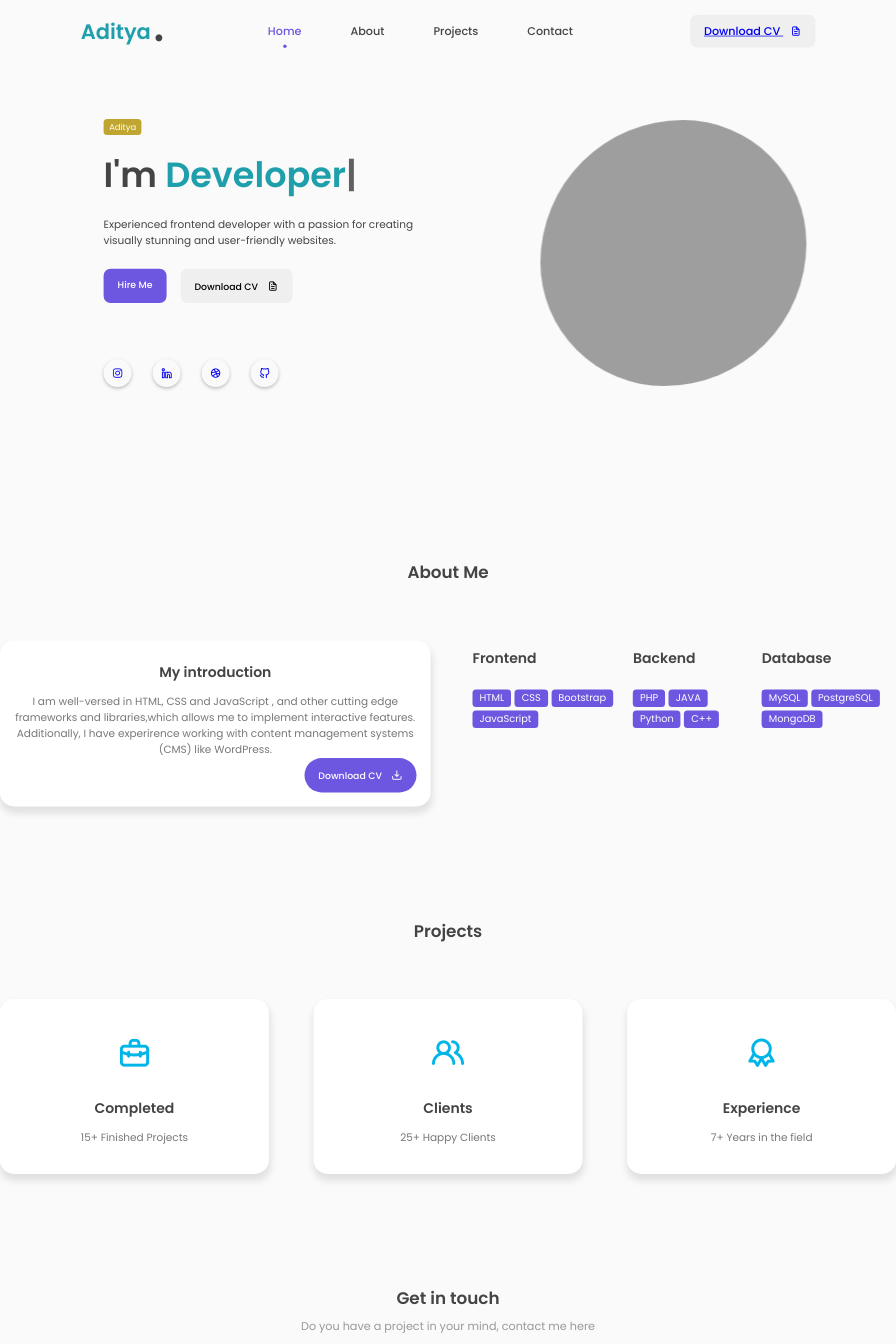
Repository: 4Kbrain/Portofolio
Page: index.html
These files come from the project's save history. The page is drawn as it stood at one moment and after the next save; the edit follows.
The browser window is 1280 px wide. The pictures show the part of the page from y = 0 to 1920 px (the page is 2774 px tall), at 70% of full size.
Pictures or frames that could not be fetched are drawn as grey boxes.

Above is the page before, as saved 2024-05-15 09:03:39.

After the next save:
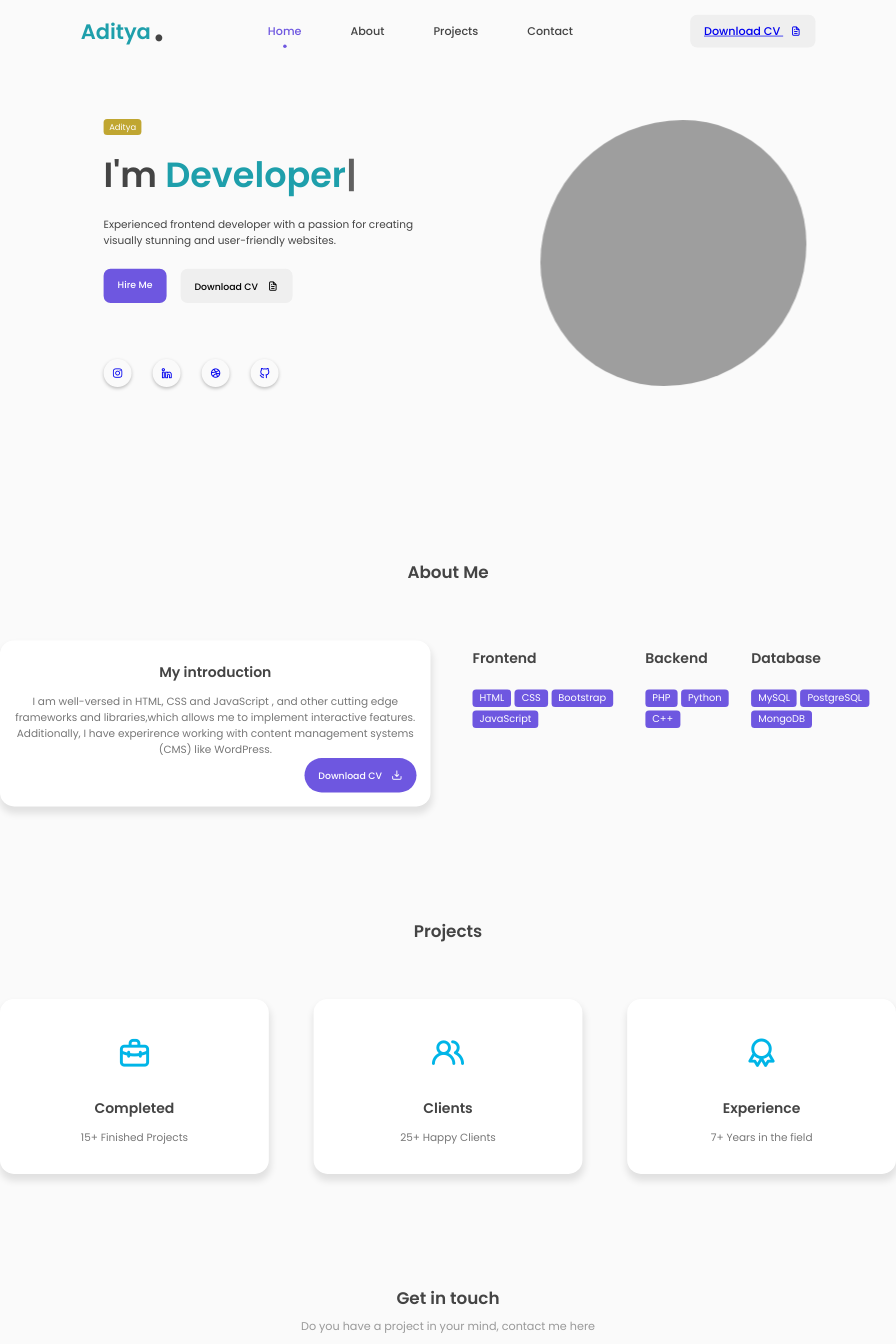
Saved 14 s later.
--- a/index.html
+++ b/index.html
@@ -124,7 +124,6 @@
                     </div>
                     <div class="skills-list">
                         <span>PHP</span>
-                        <span>JAVA</span>
                         <span>Python</span>
                         <span>C++</span>
                     </div>
